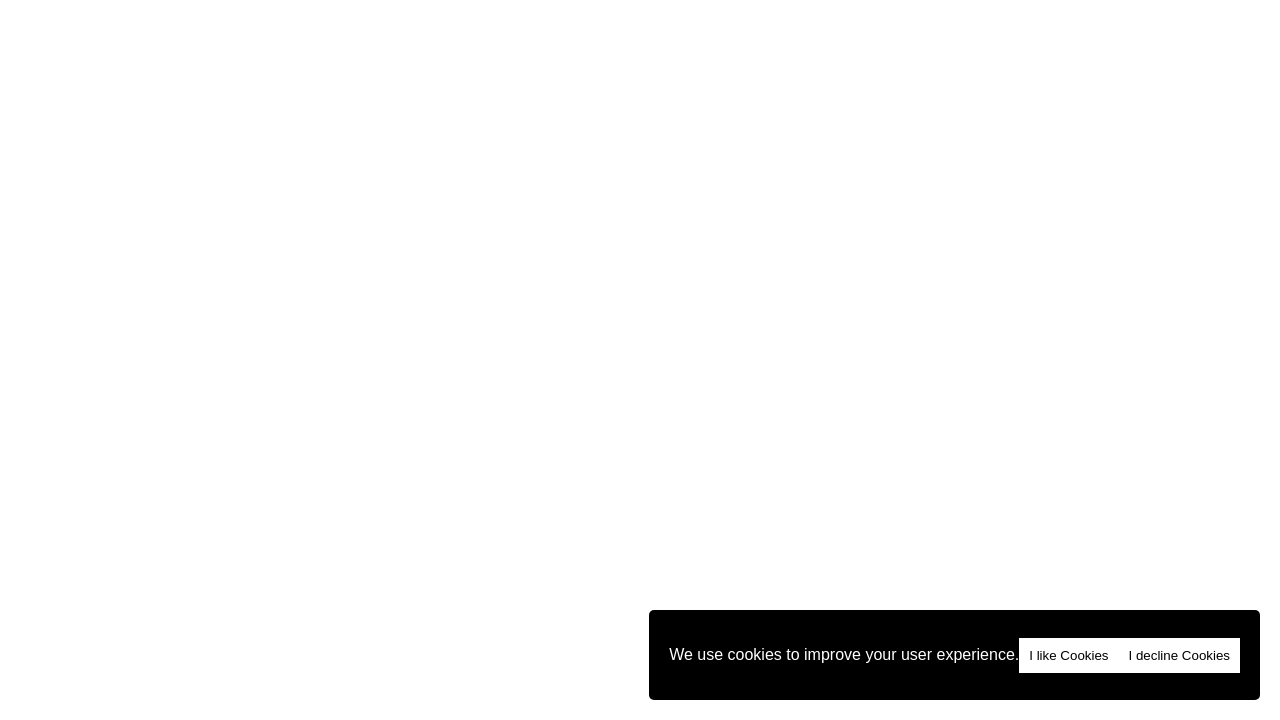
Repository: kSanoX/Cookie-Consent
Page: index.html
An editor plug-in stored every save of this project. The page is shown before and after the next save, followed by the edit.
The browser window is 1280 px wide. The pictures show the whole page.

Above is the page before, as saved 2025-01-30 01:43:04.

After the next save:
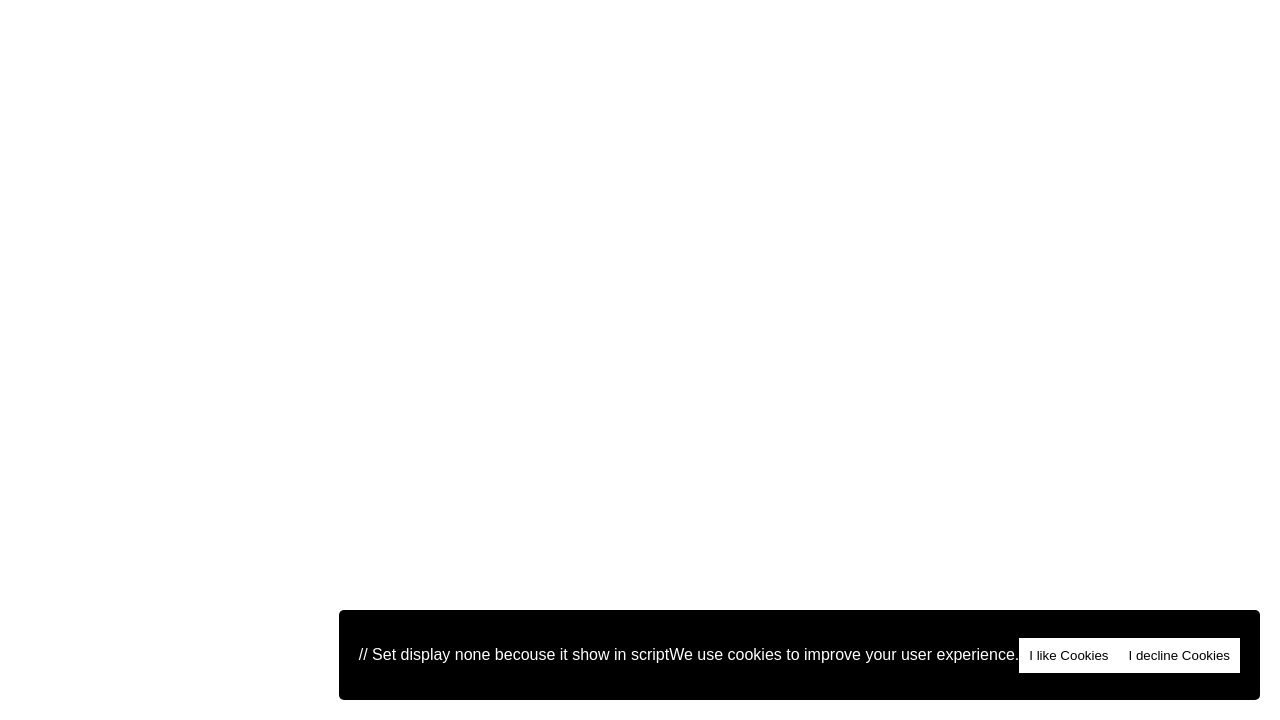
Saved 89 s later.
--- a/index.html
+++ b/index.html
@@ -7,7 +7,7 @@
     <link rel="stylesheet" href="styles.css">
 </head>
 <body>
-    <div class="cookie-popup" id="cookie-popup" style="display: none;">
+    <div class="cookie-popup" id="cookie-popup" style="display: none;"> // Set display none becouse it show in script
         <p>We use cookies to improve your user experience.</p>
         <button id="accept-cookies">I like Cookies</button>
         <button id="decline-cookies">I decline Cookies</button>
